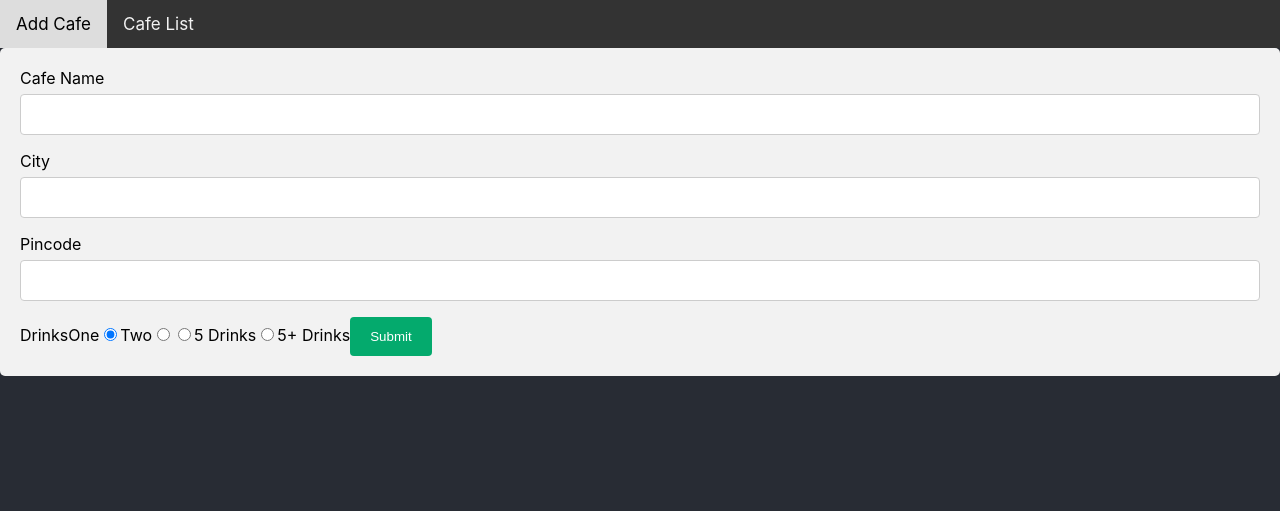
Repository: Surojd/project-cafe
Page: /add-cafe
The author's editor kept a copy of each file at every save. The page is drawn from the files as they stood at one save, then again after the next save.
The browser window is 1280 px wide. The pictures show the whole page.
The page's requests for data from a server got no answer. The project was rebuilt for these pictures with package versions that can differ from the ones it lists, and the page was loaded fresh each time. No one was signed in, and anything a server would have sent is missing. Also part of the build but not shown: src/cafe/CafeList.js.

Above is the page before, as saved 2021-09-01 13:44:28.

After the next save:
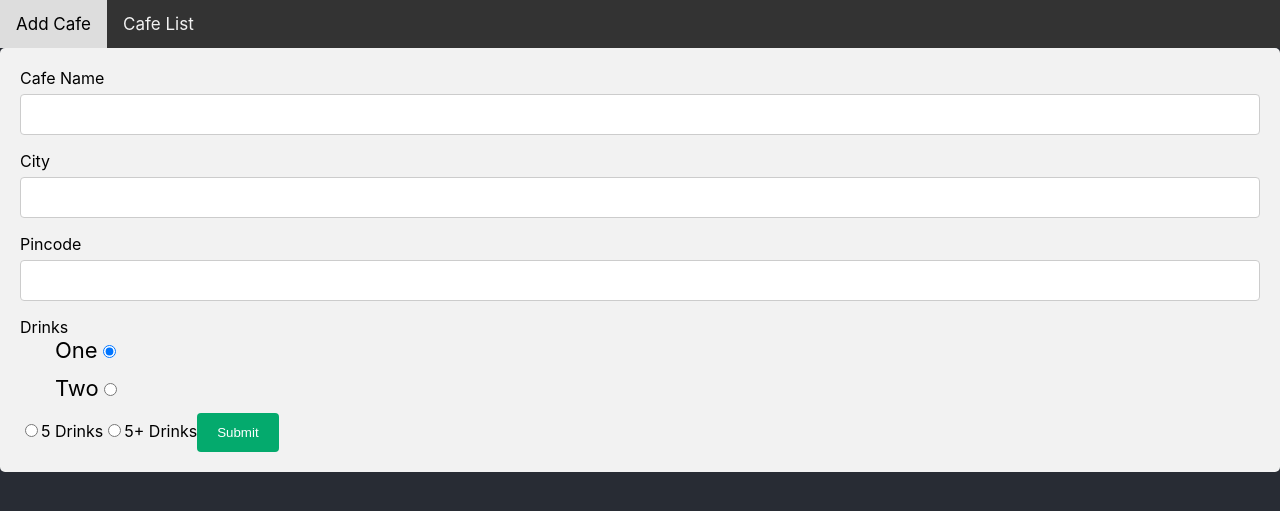
Saved 22 s later.
--- a/src/App.css
+++ b/src/App.css
@@ -61,7 +61,6 @@ button[type=submit]:hover {
 .container {
   border-radius: 5px;
   background-color: #f2f2f2;
-
   padding: 20px;
 }
 
@@ -76,3 +75,17 @@ input::-webkit-inner-spin-button {
 input[type=number] {
   -moz-appearance: textfield;
 }
+
+
+.radio-label{
+  display: block;
+  position: relative;
+  padding-left: 35px;
+  margin-bottom: 12px;
+  cursor: pointer;
+  font-size: 22px;
+  -webkit-user-select: none;
+  -moz-user-select: none;
+  -ms-user-select: none;
+  user-select: none;
+}
